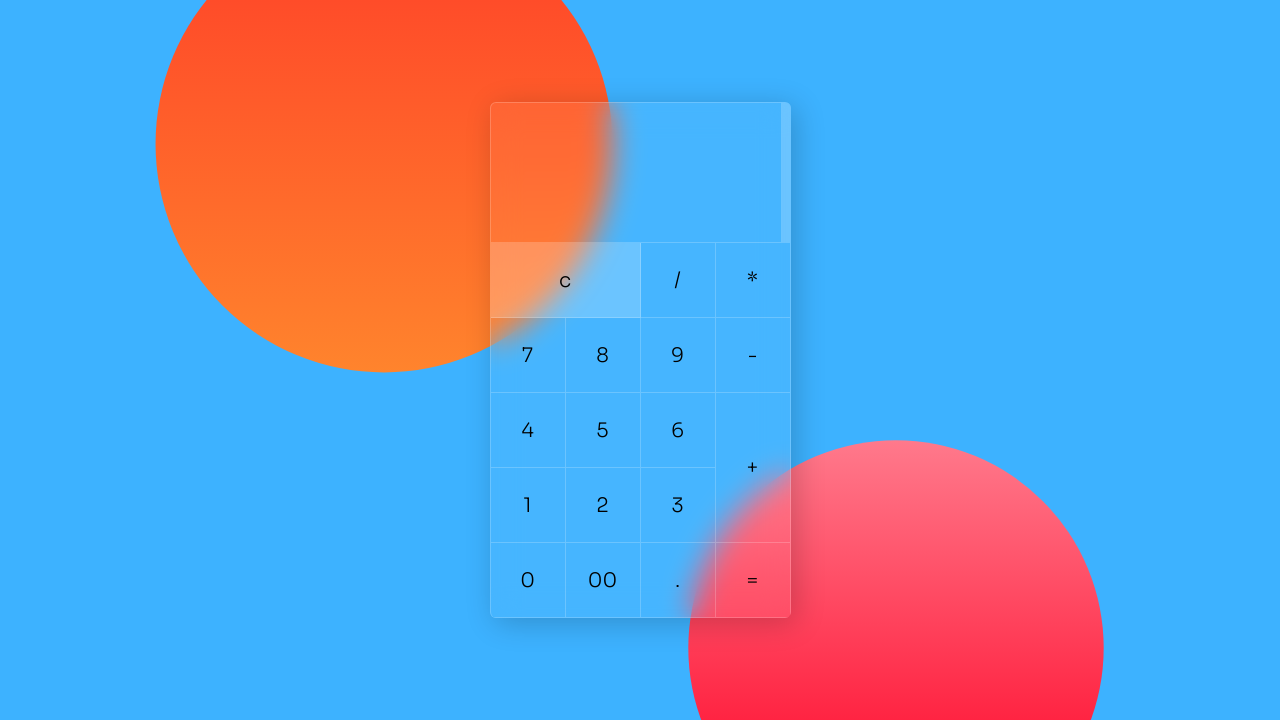
Repository: tharunkumaar404/Glass-Calci
Page: index.html
The author's editor kept a copy of each file at every save. The page is drawn from the files as they stood at one save, then again after the next save.
The browser window is 1280 px wide. The pictures show the whole page.

Above is the page before, as saved 2021-08-26 15:08:56.

After the next save:
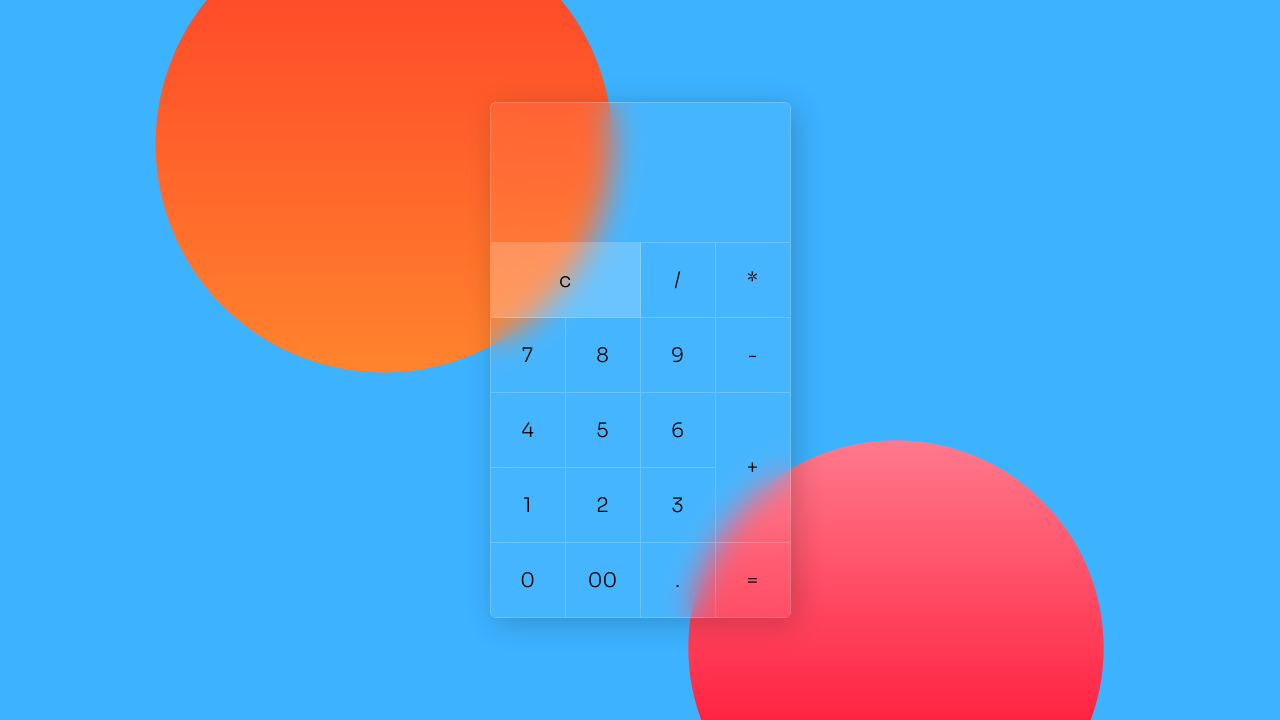
Saved 14 s later.
--- a/styles.css
+++ b/styles.css
@@ -67,7 +67,7 @@ body::after{
     background: transparent;
     color: #000;
     border-bottom: 1px solid rgba(255,255,255,0.2);
-    border-right:10px solid rgba(255,255,255,0.2);
+    border-right:1px solid rgba(255,255,255,0.2);
 
 
 }
